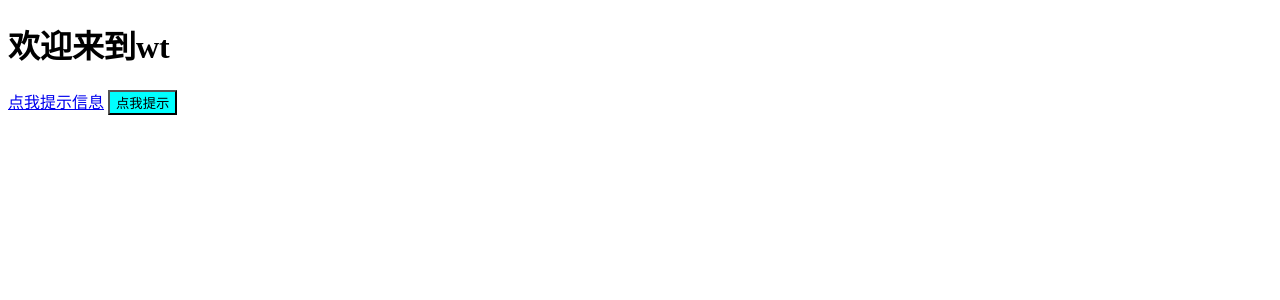
Repository: reggiepy/vueLeaning
Page: 07 事件处理/2 事件修饰符.html
An editor plug-in stored every save of this project. The page is shown before and after the next save, followed by the edit.
The browser window is 1280 px wide. The pictures show the whole page.

Above is the page before, as saved 2021-12-05 18:27:49.

### 07 事件处理/2 事件修饰符.html
<!DOCTYPE html>
<html lang="en">
<head>
    <meta charset="UTF-8">
    <meta http-equiv="X-UA-Compatible" content="IE=edge">
    <meta name="viewport" content="width=device-width, initial-scale=1.0">
    <title>事件修饰符</title>
    <script type="text/javascript" src="../js/vue.js"></script>
    <style>
        .demon1{
            height: 50;
            background-color: aqua;
        }
    </style>
</head>
<body>
    <div id="root">
        <h1>欢迎来到{{name}}</h1>
        <a href="https://www.baidu.com" @click.prevent="showInfo">点我提示信息</a>
        <button @click="showInfo" class="demon1">点我提示</button>
    </div>
</body>
<script>
    Vue.config.productionTip = false;
    const vm = new Vue({
        el: "#root",
        data: {
            name: "wt"
       },
       methods: {
           showInfo(e){
            //    e.preventDefault()
               alert("同学你好！")
           }
       }
    })
</script>
</html>

Loaded but not shown: js/vue.js (library)

After the next save:
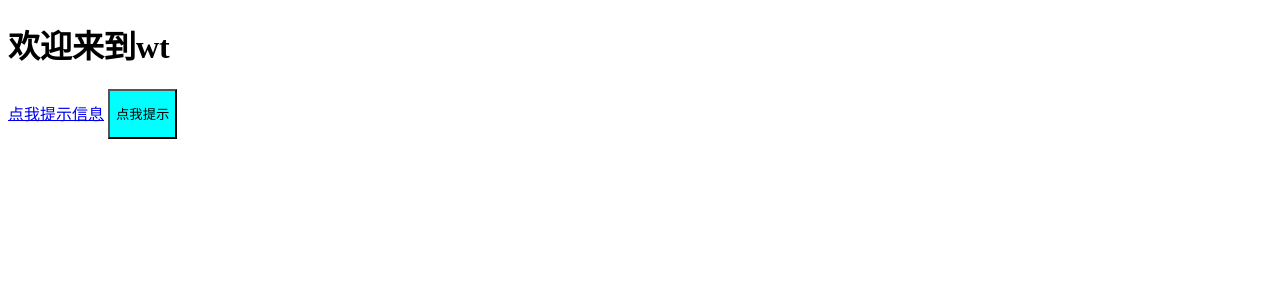
Saved 14 s later.
--- a/07 事件处理/2 事件修饰符.html
+++ b/07 事件处理/2 事件修饰符.html
@@ -8,7 +8,7 @@
     <script type="text/javascript" src="../js/vue.js"></script>
     <style>
         .demon1{
-            height: 50;
+            height: 50px;
             background-color: aqua;
         }
     </style>
